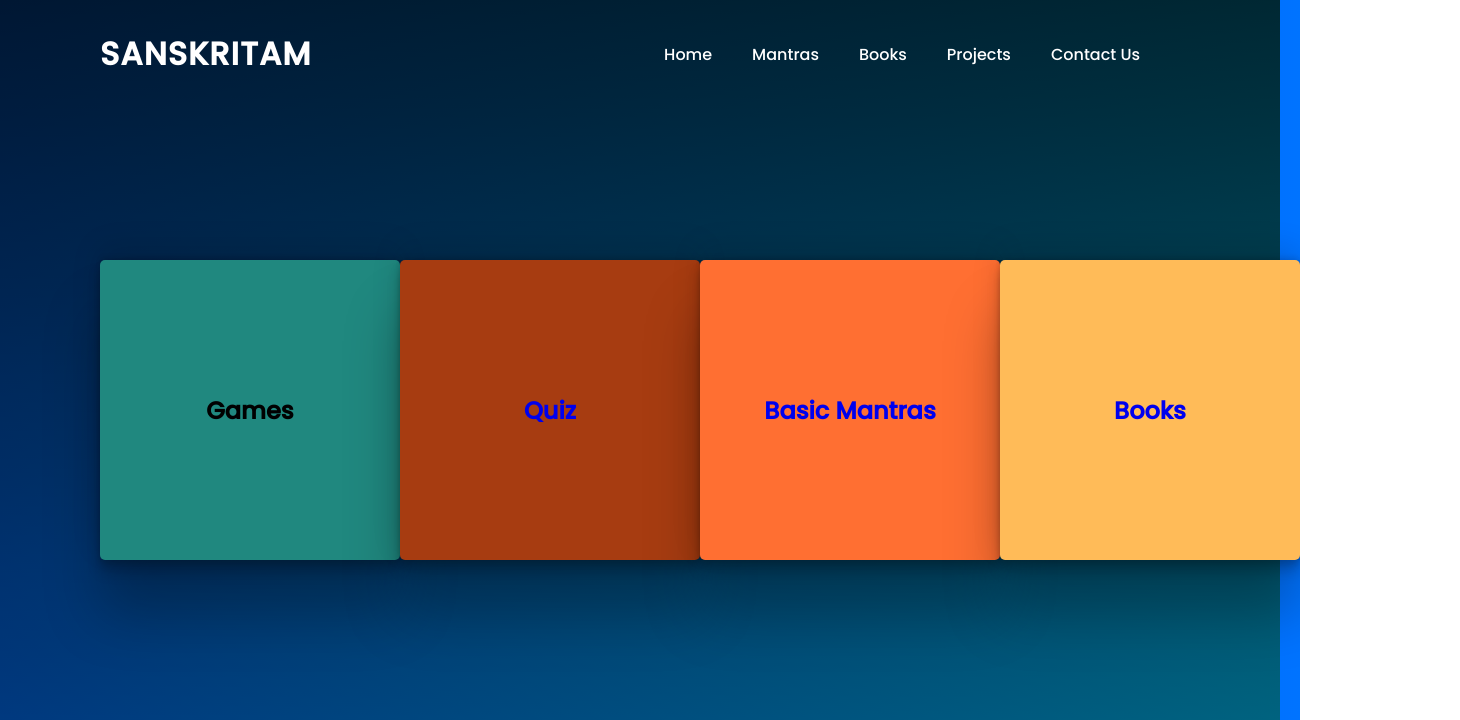
Repository: ritikalohia/Sanskritam
Page: index.html
The author's editor kept a copy of each file at every save. The page is drawn from the files as they stood at one save, then again after a run of saves.
The browser window is 1280 px wide. The page is 1300 px wide, then 1460 px, so the pictures cover 1460 px, including what lies to the right of the window. The pictures show the whole page.

Above is the page before, as saved 2021-01-04 16:36:31.

After the next 4 saves:
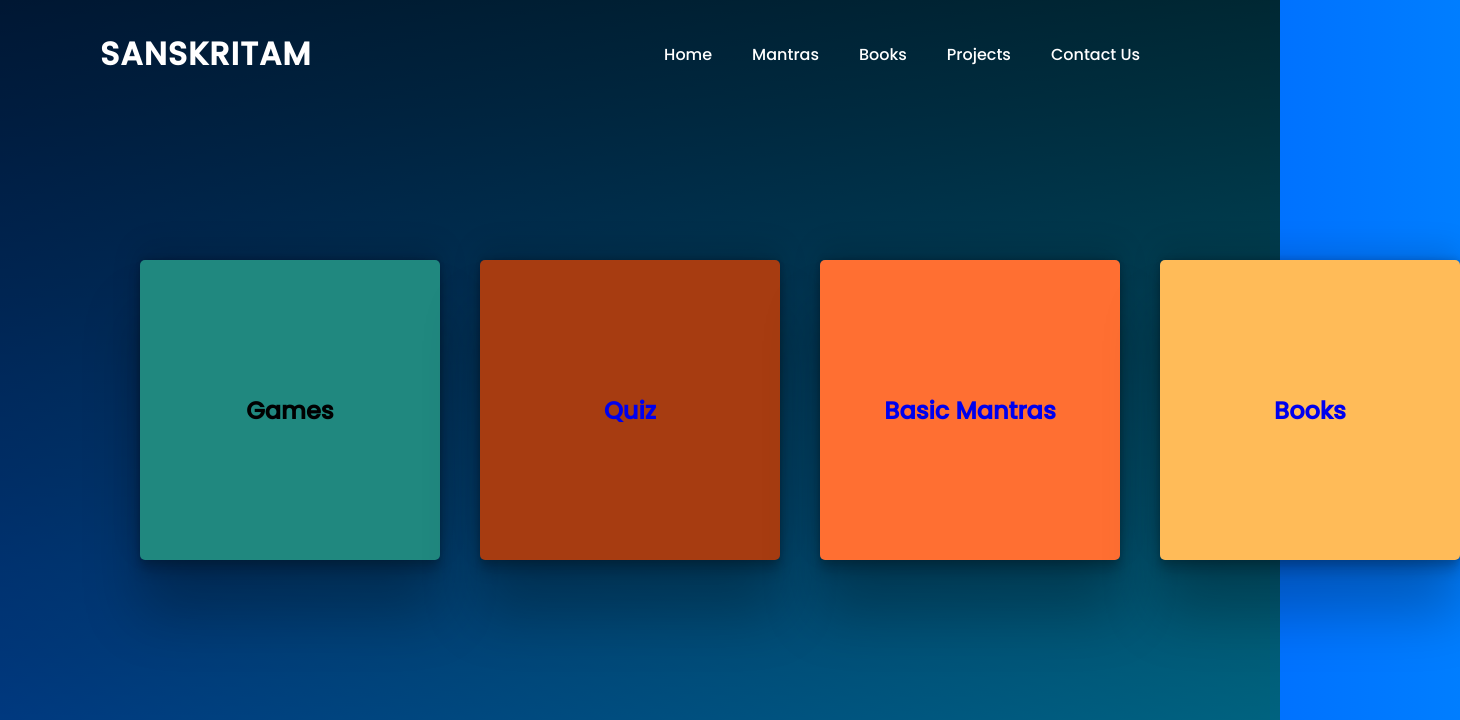
The 4 saves are shown as one change because they came seconds apart.
The last was saved 18 s later.
--- a/style.css
+++ b/style.css
@@ -152,7 +152,7 @@ header .navigation li a.left:hover:before {
     height: 300px;
     border-radius: 5px;
     /* margin: 20px; */
-    margin-left: 0px;
+    margin-left: 40px;
     display: flex;
     align-items: center;
     justify-content: center;
